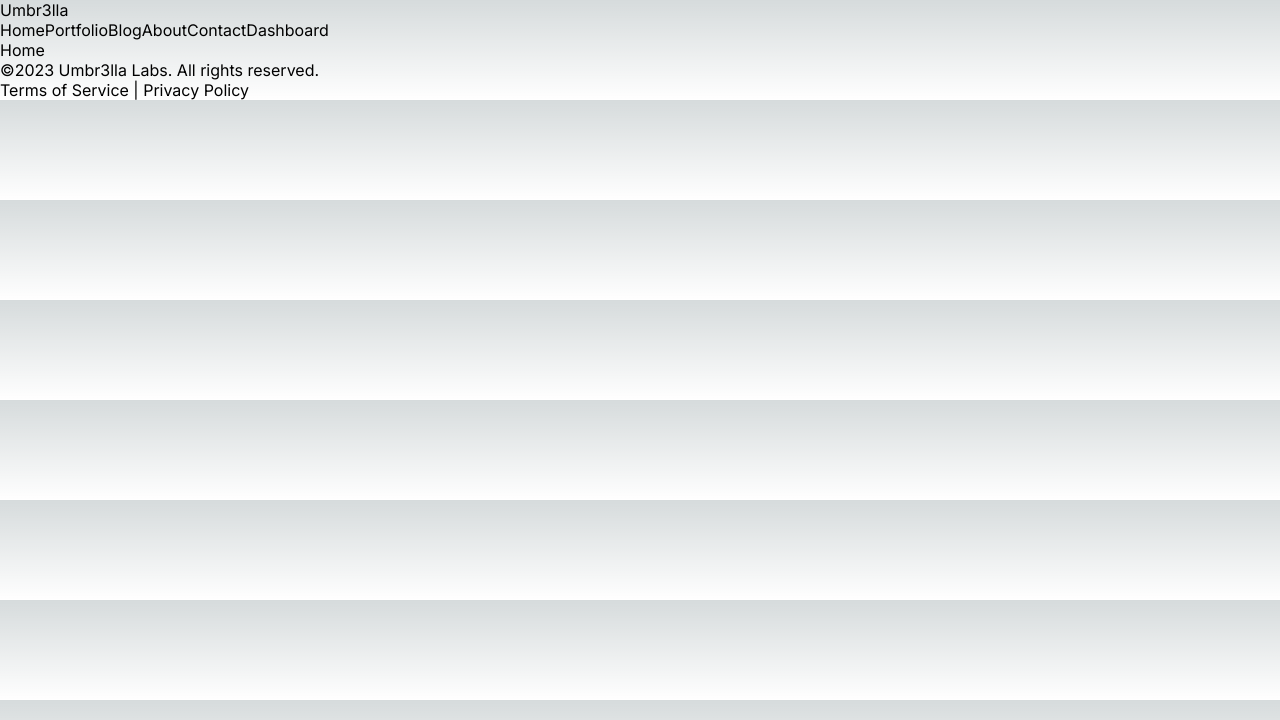
Repository: MikeeBuilds/umbr3llav2
Page: /
These files come from the project's save history. The page is drawn as it stood at one moment and after a run of saves; the edit follows.
The browser window is 1280 px wide. The pictures show the whole page.
The project was rebuilt for these pictures with package versions that can differ from the ones it lists, and the page was loaded fresh each time. Some packages were replaced by stand-ins written for this rebuild. The framework's server and built-in components were replaced by stand-ins that run in the browser. Also part of the build but not shown: next.config.js, src/app/page.module.css.

Above is the page before, as saved 2023-06-09 20:14:40.

### src/app/layout.js
import './globals.css'
import { Inter } from 'next/font/google'
import Navbar from 'src/components/navbar/Navbar.jsx'
import Footer from 'src/components/footer/Footer.jsx'


const inter = Inter({ subsets: ['latin'] })

export const metadata = {
  title: 'Create Next App',
  description: 'Generated by create next app',
}

export default function RootLayout({ children }) {
  return (
    <html lang="en">
      <body className={inter.className}>
        <Navbar/>
        {children}
      <Footer/>
      </body>
    </html>
  )
}

### src/app/page.jsx
import Image from 'next/image'
import styles from './page.module.css'

export default function Home() {
  return (
    <div>
      Home
    </div>
  )
}

### src/components/navbar/Navbar.jsx
import Link from 'next/link'
import React from 'react'

const links = [
    {
        id: 1,
        title: "Home",
        url: "/"
    },
    {
        id: 2,
        title: "Portfolio",
        url: "/portfolio"
    },
    {
        id: 3,
        title: "Blog",
        url: "/blog"
    },
    {
        id: 4,
        title: "About",
        url: "/about"
    },
    {
        id: 5,
        title: "Contact",
        url: "/contact"
    },
    {
        id: 6,
        title: "Dashboard",
        url: "/dashboard"
    }
];

const Navbar = () => {
  return (
    <div>
        <Link href="/">
            Umbr3lla
        </Link>
        <div>
            {links.map((link) => (
                <Link key={link.id} href={link.url}>
                    {link.title}
                </Link>
            ))}
        </div>
    </div>
  )
}

export default Navbar

### src/components/footer/Footer.jsx
import React from 'react'

const Footer = () => {
  return (
    <div>
      <div>©2023 Umbr3lla Labs. All rights reserved.</div>
      <div>Terms of Service | Privacy Policy</div>


    </div>
  )
}

export default Footer

Loaded but not shown: src/app/globals.css (common file)

After the next 3 saves:
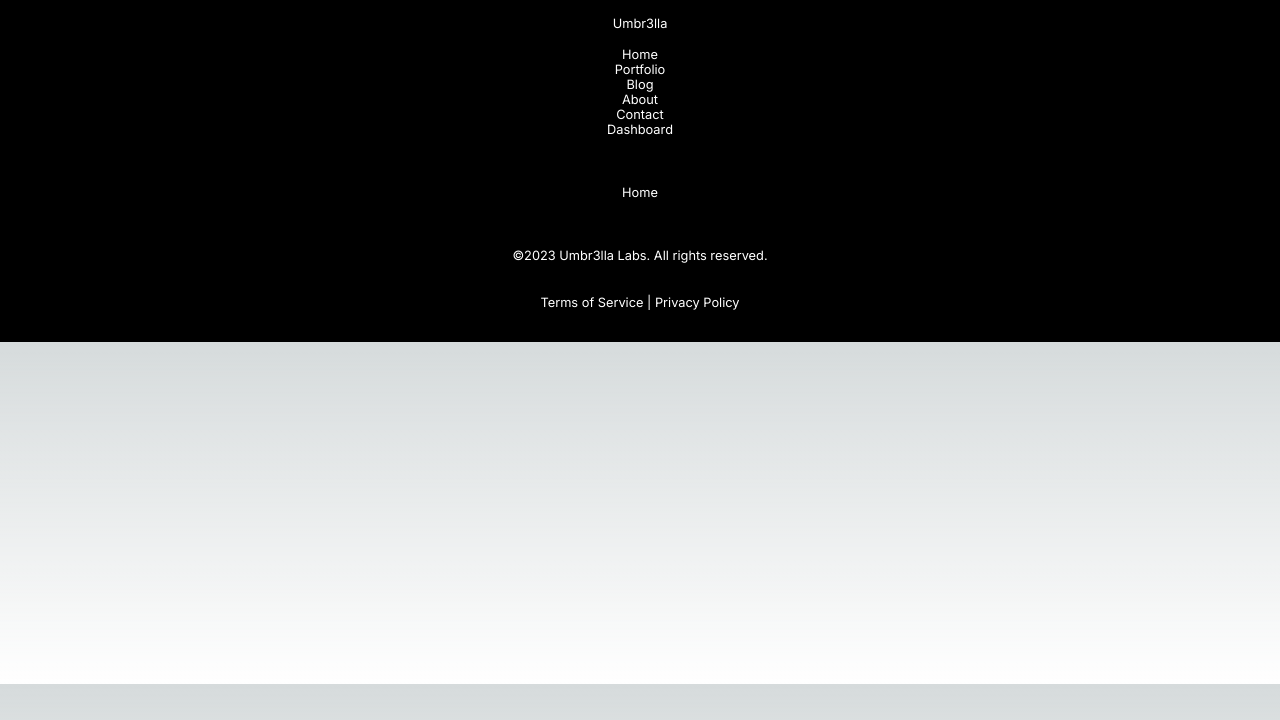
The 3 saves are shown as one change because they came seconds apart.
The last was saved 18 s later.
--- a/src/components/footer/Footer.jsx
+++ b/src/components/footer/Footer.jsx
@@ -6,7 +6,18 @@
       <div>©2023 Umbr3lla Labs. All rights reserved.</div>
       <div>Terms of Service | Privacy Policy</div>
 
-
+      <style jsx>{`
+        div {
+          display: flex;
+          justify-content: center;
+          align-items: center;
+          flex-direction: column;
+          font-size: 0.8rem;
+          color: #fff;
+          background-color: #000;
+          padding: 1rem;
+        }
+      `}</style>
     </div>
   )
 }

After the 4 saves that followed:
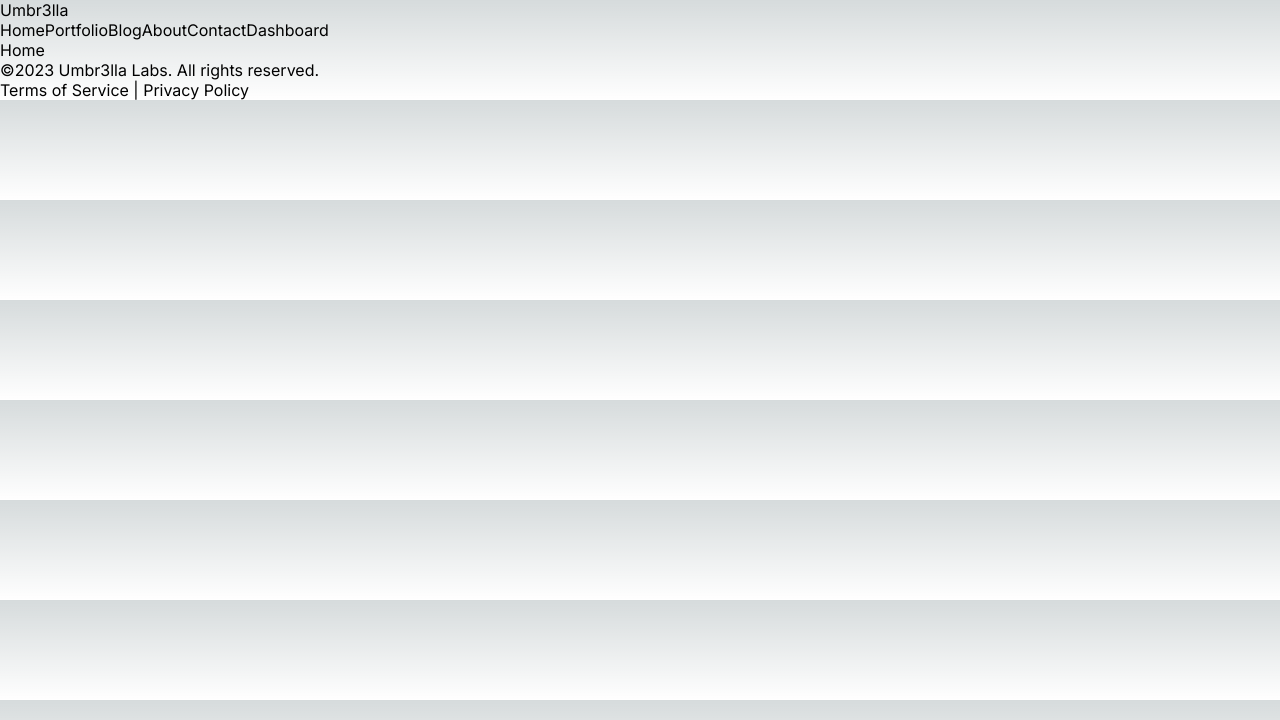
The 4 saves are shown as one change because 3 left the picture as it was.
The last was saved 37 s later.
--- a/src/components/footer/Footer.jsx
+++ b/src/components/footer/Footer.jsx
@@ -5,19 +5,6 @@
     <div>
       <div>©2023 Umbr3lla Labs. All rights reserved.</div>
       <div>Terms of Service | Privacy Policy</div>
-
-      <style jsx>{`
-        div {
-          display: flex;
-          justify-content: center;
-          align-items: center;
-          flex-direction: column;
-          font-size: 0.8rem;
-          color: #fff;
-          background-color: #000;
-          padding: 1rem;
-        }
-      `}</style>
     </div>
   )
 }
